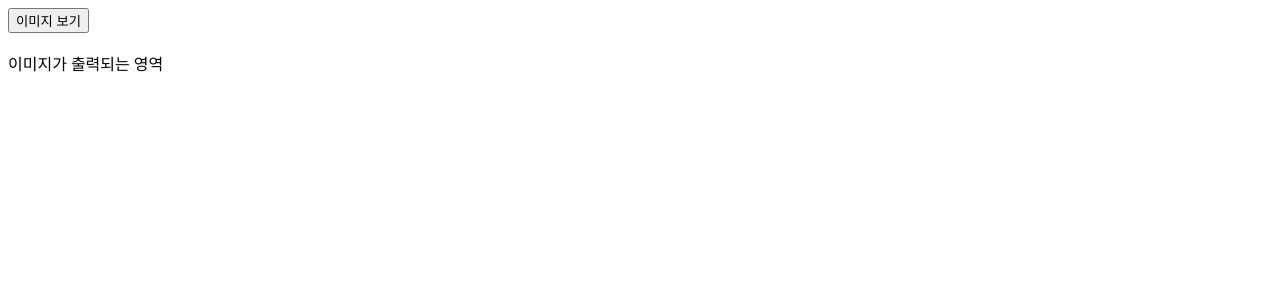
Repository: seonguk-choi/study_Web
Page: WorkSpace/09.jQuery/WebContent/jq13.html
These files come from the project's save history. The page is drawn as it stood at one moment and after the next save; the edit follows.
The browser window is 1280 px wide. The pictures show the whole page.

Above is the page before, as saved 2021-12-14 08:35:16.

### WorkSpace/09.jQuery/WebContent/jq13.html
<!DOCTYPE html>
<html>
<head>
<meta charset="UTF-8">
<title>jquery13</title>
</style>
<script type="text/javascript" src="https://code.jquery.com/jquery-3.6.0.min.js"></script>
<script type="text/javascript" src="jquery/jquery-3.6.0.js"></script>
<script type="text/javascript">
$(document).ready(function(){
	$("#btn").click(function(){
		$.ajax({
			dataType : "xml",
			url : "imageList.xml",
			success : function(data){resultHtml(data);},
			error : function(){alert("로딩실패!!!");}
		}); //ajax()
	});//click()
});//ready()

function resultHtml(data){
	//alert("로딩성공!!!");
	var images = $(data).find("img");
	//alert(images.length);
	var html ="";
	for(var i = 0; i < images.length; i++){
		var imgPath= images.eq(i);
		//alert(imgPath.text());
		html += "<img src ='" + imgPath.text() + "' width='150' height='150 '/><br/>'";
	}
	$("#display").html(html);
}
</script>
</head>
<body>
<button id="btn">이미지 보기</button>
<br/><br/>

<div id="display" >
이미지가 출력되는 영역
</div>
</body>
</html>

Loaded but not shown: WorkSpace/09.jQuery/WebContent/jquery/jquery-3.6.0.js (library)

After the next save:
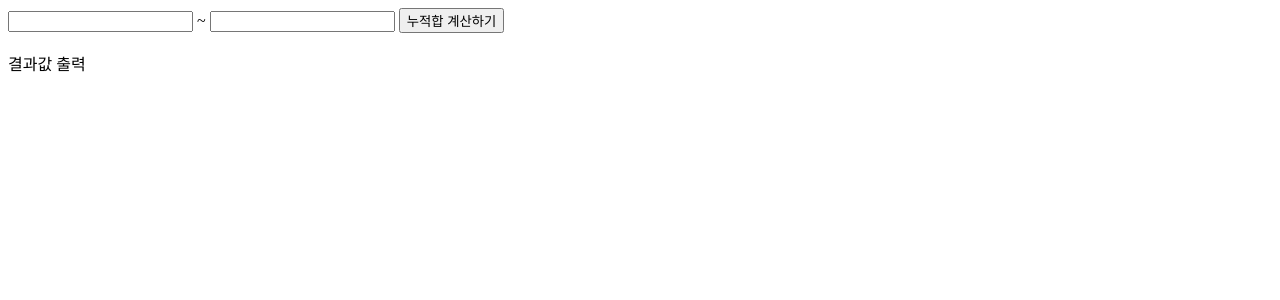
Saved 87 s later.
--- a/WorkSpace/09.jQuery/WebContent/jq13.html
+++ b/WorkSpace/09.jQuery/WebContent/jq13.html
@@ -33,11 +33,14 @@ function resultHtml(data){
 </script>
 </head>
 <body>
-<button id="btn">이미지 보기</button>
-<br/><br/>
-
-<div id="display" >
-이미지가 출력되는 영역
+<input type="number" id="num1" required="required">
+~
+<input type="number" id="num2" required="required">
+<button id="btn">누적합 계산하기</button>
+<br/>
+<br/>
+<div id="display">
+결과값 출력
 </div>
 </body>
 </html>
